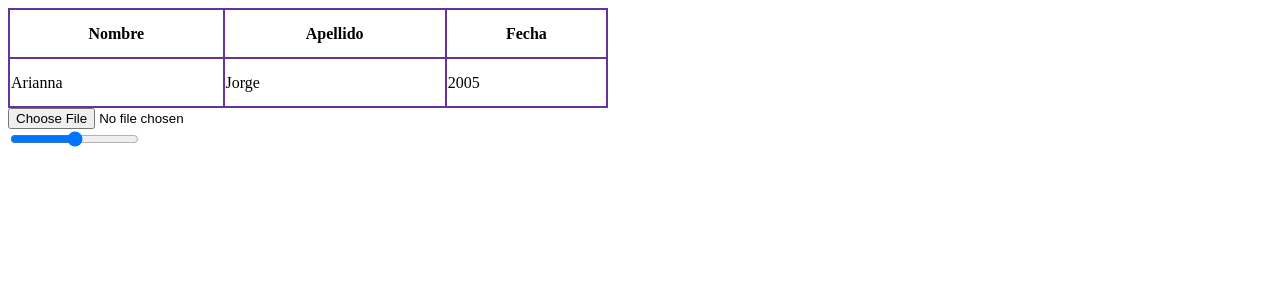
Repository: Arito05/Mi-primer-Repositorio
Page: dia2/intex3.html
An editor plug-in stored every save of this project. The page is shown before and after the next save, followed by the edit.
The browser window is 1280 px wide. The pictures show the whole page.

Above is the page before, as saved 2024-07-18 16:53:12.

### dia2/intex3.html
<!DOCTYPE html>
<html lang="en">
  <head>
    <meta charset="UTF-8" />
    <meta name="viewport" content="width=, initial-scale=1.0" />
    <title>Document</title>
    <style>
      table,
      th,
      td {
        border: 2px solid rebeccapurple;
        border-collapse: collapse;
      }
    </style>
  </head>
  <body>
    <table style="width: 600px; height: 100px">
      <tr>
        <th>Nombre</th>
        <th>Apellido</th>
        <th>Fecha</th>
      </tr>
      <tr>
        <td>Arianna</td>
        <td>Jorge</td>
        <td>2005</td>
      </tr>
    </table>
    <input type="file" name="file"> <br>
    <input type="range" name="rango" min="0" max="100">
  </body>
</html>

After the next save:
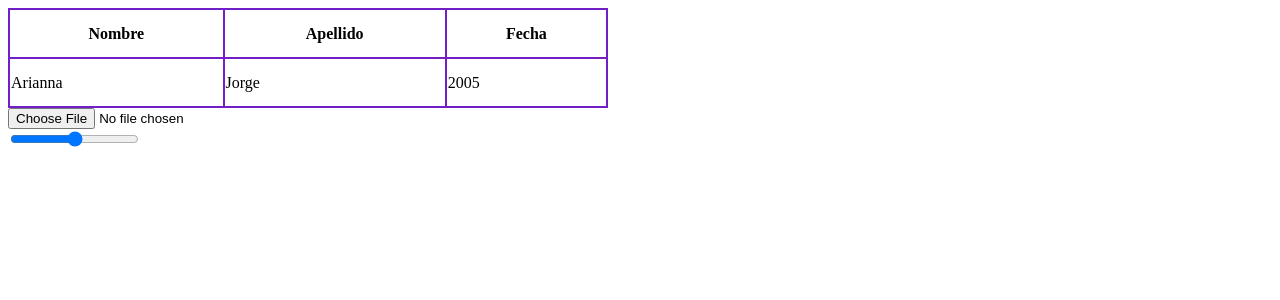
Saved 4 h 42 min later.
--- a/dia2/intex3.html
+++ b/dia2/intex3.html
@@ -8,7 +8,7 @@
       table,
       th,
       td {
-        border: 2px solid rebeccapurple;
+        border: 2px solid rgb(115, 31, 199);
         border-collapse: collapse;
       }
     </style>
